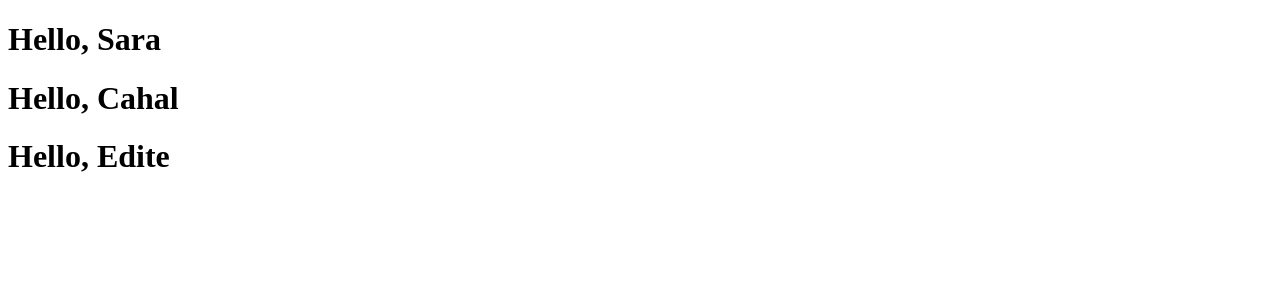
Repository: glgeorgiou/100-days-of-code-projects
Page: Front End Libraries Certification/4.React/react-test.html
The author's editor kept a copy of each file at every save. The page is drawn from the files as they stood at one save, then again after the next save.
The browser window is 1280 px wide. The pictures show the whole page.
Some web libraries are served in a nearby version.

Above is the page before, as saved 2019-06-10 11:23:42.

After the next save:
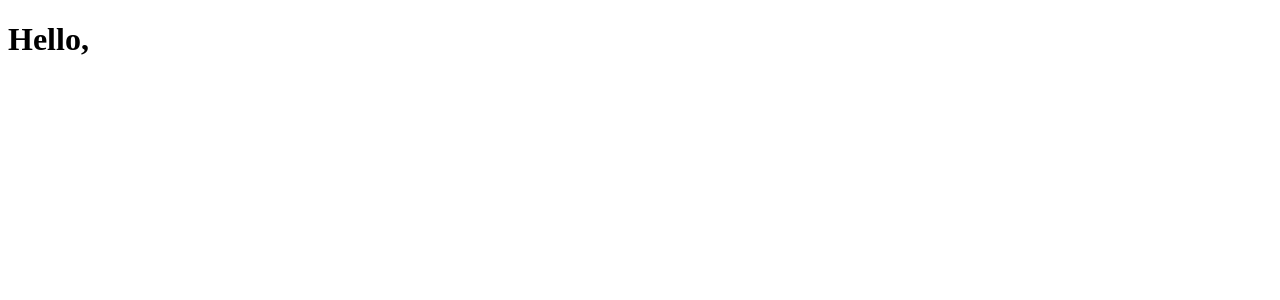
Saved 3 min 33 s later.
--- a/Front End Libraries Certification/4.React/react-test.html
+++ b/Front End Libraries Certification/4.React/react-test.html
@@ -32,7 +32,7 @@
       }
 
       ReactDOM.render(
-        <App />,
+        <Welcome />,
         document.getElementById('root')
       );
 

After the save that followed:
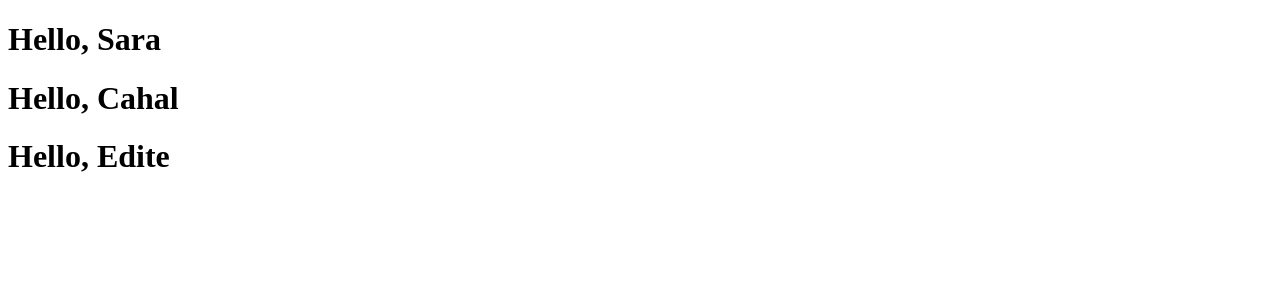
Saved 18 s later.
--- a/Front End Libraries Certification/4.React/react-test.html
+++ b/Front End Libraries Certification/4.React/react-test.html
@@ -32,7 +32,7 @@
       }
 
       ReactDOM.render(
-        <Welcome />,
+        <App />,
         document.getElementById('root')
       );
 
